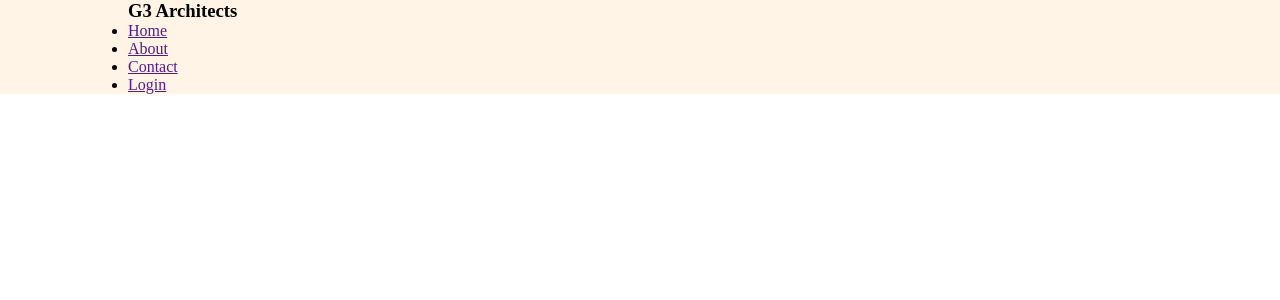
Repository: ShouravAhammed/G3-architects-webpage
Page: index.html
These files come from the project's save history. The page is drawn as it stood at one moment and after the next save; the edit follows.
The browser window is 1280 px wide. The pictures show the whole page.

Above is the page before, as saved 2024-01-12 22:01:51.

### index.html
<!DOCTYPE html>
<html lang="en">
<head>
    <meta charset="UTF-8">
    <meta name="viewport" content="width=device-width, initial-scale=1.0">
    <title>G3 Architects</title>
    <link rel="stylesheet" href="styles/style.css">
</head>
<body>
    <header id="header">
        <div class="container">
            <nav class="navigation">
                <h3 class="wesite-logo">G3 Architects</h3>
                <ul class="nav">
                    <li><a href="">Home</a></li>
                    <li><a href="">About</a></li>
                    <li><a href="">Contact</a></li>
                    <li><a href="">Login</a></li>
                </ul>
            </nav>
        </div>
    </header>
</body>
</html>

### styles/style.css
/* G3 Architects website fonts from google fonts */
@import url('https://fonts.googleapis.com/css2?family=Work+Sans:ital,wght@0,100;0,200;0,300;0,400;0,500;0,600;0,700;0,800;0,900;1,100;1,200;1,300;1,400;1,500;1,600;1,700;1,800;1,900&display=swap');

/* all body measuring */
*{
    margin: 0;
    padding: 0;
    outline: 0;
    box-sizing: border-box;
}

/* container */
.container{
    width: 80%;
    margin: 0 auto;
}


#header{
    background: rgba(255, 144, 14, 0.10);
}

After the next save:
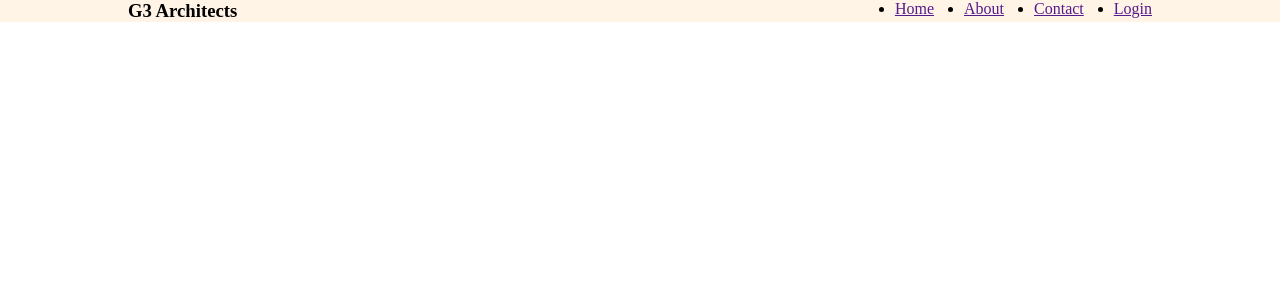
Saved 2 min 46 s later.
--- a/styles/style.css
+++ b/styles/style.css
@@ -19,3 +19,14 @@
 #header{
     background: rgba(255, 144, 14, 0.10);
 }
+.navigation{
+    display: flex;
+    justify-content: space-between;
+}
+.nav{
+    display: flex;
+    gap: 30px;
+}
+.nav li{
+
+}
